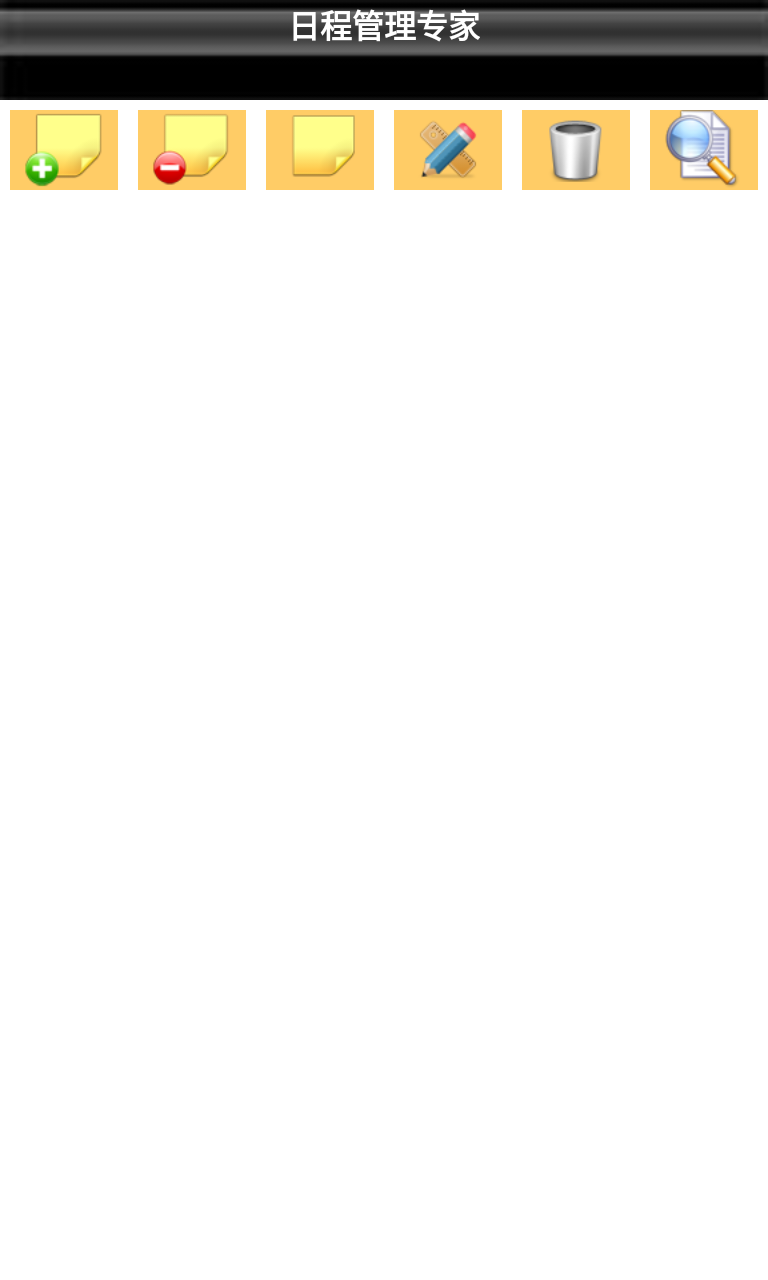
Repository: gogolaile/CoolWeather
Layout: DayDel/res/layout/activity_main.xml
The author's editor kept a copy of each file at every save. The layout is drawn from the files as they stood at one save, then again after the next save.
It is drawn on a 768 x 1280 px phone screen (xhdpi) without system bars, with theme android:Theme.NoTitleBar.Fullscreen; the app's code is not run.

Above is the layout before, as saved 2015-12-04 09:40:24.

### DayDel/res/layout/activity_main.xml
<LinearLayout xmlns:android="http://schemas.android.com/apk/res/android"
    android:layout_width="match_parent"
    android:layout_height="match_parent"
    android:background="#FFFF"
    android:orientation="vertical">

    <FrameLayout
        android:layout_width="match_parent"
        android:layout_height="50dp"
        android:background="@drawable/title">
    <TextView
        android:layout_width="wrap_content"
        android:layout_height="wrap_content"
        android:text="@string/day_manager"
        android:textSize="16sp"
        android:textColor="#FFFF"
        android:textStyle="bold"
        android:layout_gravity="center_horizontal"
        />
     </FrameLayout>
     <LinearLayout
         android:layout_width="match_parent"
         android:layout_height="wrap_content"
         android:orientation="horizontal">
         <ImageButton
             android:id = "@+id/newone_b"
             android:layout_width="0dp"
             android:layout_height="40dp"
             android:layout_weight="1"
             android:layout_margin="5dp"
             android:padding="20dp"
             android:background="#FFCC66"
             android:src="@drawable/newone"/>
          <ImageButton
             android:id = "@+id/delete_b"
             android:layout_width="0dp"
             android:layout_height="40dp"
             android:layout_weight="1"
             android:layout_margin="5dp"
             android:padding="20dp"
             android:background="#FFCC66"
             android:src="@drawable/delete"/>
           <ImageButton
             android:id = "@+id/check_b"
             android:layout_width="0dp"
             android:layout_height="40dp"
             android:layout_weight="1"
             android:layout_margin="5dp"
             android:padding="20dp"
             android:background="#FFCC66"
             android:src="@drawable/check"/>
            <ImageButton
             android:id = "@+id/edit_b"
             android:layout_width="0dp"
             android:layout_height="40dp"
             android:layout_weight="1"
             android:layout_margin="5dp"
             android:padding="20dp"
             android:background="#FFCC66"
             android:src="@drawable/edit"/>
           <ImageButton
             android:id = "@+id/deleteall_b"
             android:layout_width="0dp"
             android:layout_height="40dp"
             android:layout_weight="1"
             android:layout_margin="5dp"
             android:padding="20dp"
             android:background="#FFCC66"
             android:src="@drawable/deleteall"/>
           <ImageButton
             android:id = "@+id/search_b"
             android:layout_width="0dp"
             android:layout_height="40dp"
             android:layout_weight="1"
             android:layout_margin="5dp"
             android:padding="20dp"
             android:background="#FFCC66"
             android:src="@drawable/search"/>
     </LinearLayout>
</LinearLayout>

### DayDel/res/values/strings.xml
<?xml version="1.0" encoding="utf-8"?>
<resources>

    <string name="app_name">DayDel</string>
    <string name="hello_world">Hello world!</string>
    <string name="action_settings">Settings</string>
    <string name="day_manager">日程管理专家</string>

</resources>

After the next save:
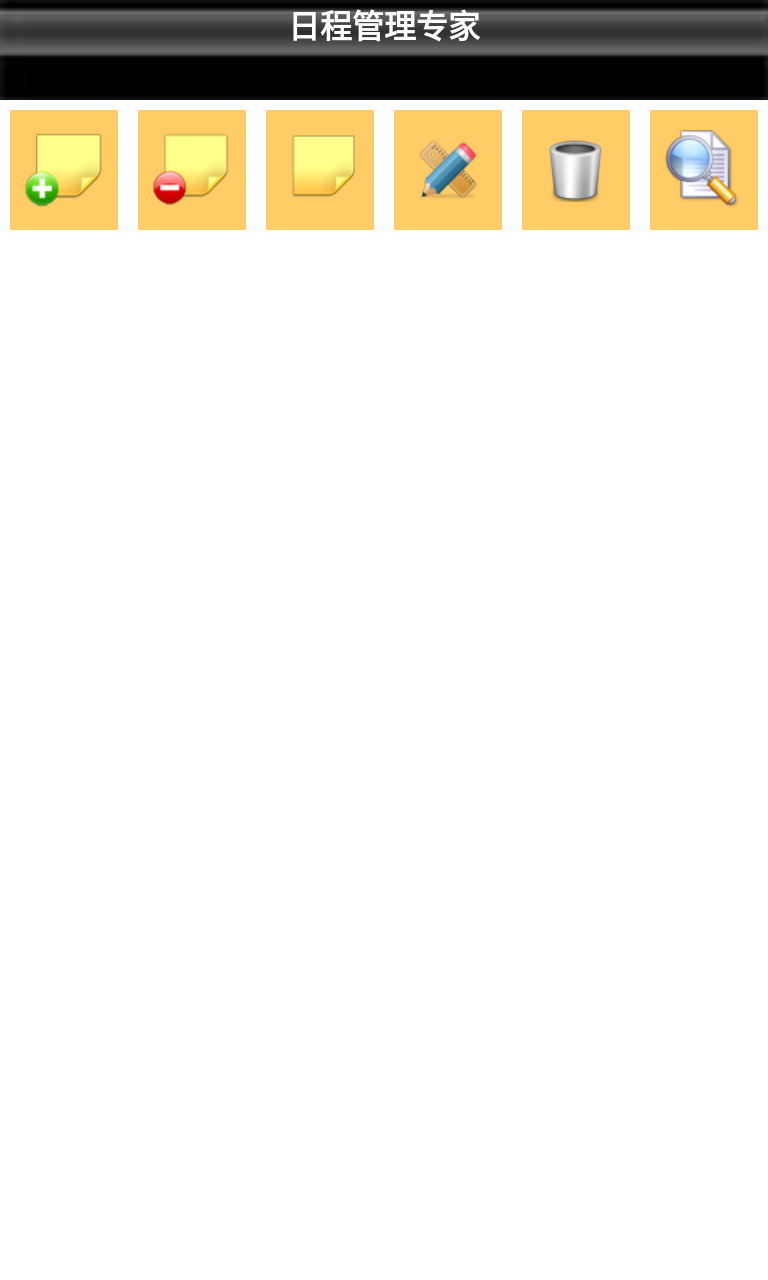
Saved 56 s later.
--- a/DayDel/res/layout/activity_main.xml
+++ b/DayDel/res/layout/activity_main.xml
@@ -25,7 +25,7 @@
          <ImageButton
              android:id = "@+id/newone_b"
              android:layout_width="0dp"
-             android:layout_height="40dp"
+             android:layout_height="60dp"
              android:layout_weight="1"
              android:layout_margin="5dp"
              android:padding="20dp"
@@ -34,7 +34,7 @@
           <ImageButton
              android:id = "@+id/delete_b"
              android:layout_width="0dp"
-             android:layout_height="40dp"
+             android:layout_height="60dp"
              android:layout_weight="1"
              android:layout_margin="5dp"
              android:padding="20dp"
@@ -43,7 +43,7 @@
            <ImageButton
              android:id = "@+id/check_b"
              android:layout_width="0dp"
-             android:layout_height="40dp"
+             android:layout_height="60dp"
              android:layout_weight="1"
              android:layout_margin="5dp"
              android:padding="20dp"
@@ -52,7 +52,7 @@
             <ImageButton
              android:id = "@+id/edit_b"
              android:layout_width="0dp"
-             android:layout_height="40dp"
+             android:layout_height="60dp"
              android:layout_weight="1"
              android:layout_margin="5dp"
              android:padding="20dp"
@@ -61,7 +61,7 @@
            <ImageButton
              android:id = "@+id/deleteall_b"
              android:layout_width="0dp"
-             android:layout_height="40dp"
+             android:layout_height="60dp"
              android:layout_weight="1"
              android:layout_margin="5dp"
              android:padding="20dp"
@@ -70,7 +70,7 @@
            <ImageButton
              android:id = "@+id/search_b"
              android:layout_width="0dp"
-             android:layout_height="40dp"
+             android:layout_height="60dp"
              android:layout_weight="1"
              android:layout_margin="5dp"
              android:padding="20dp"
